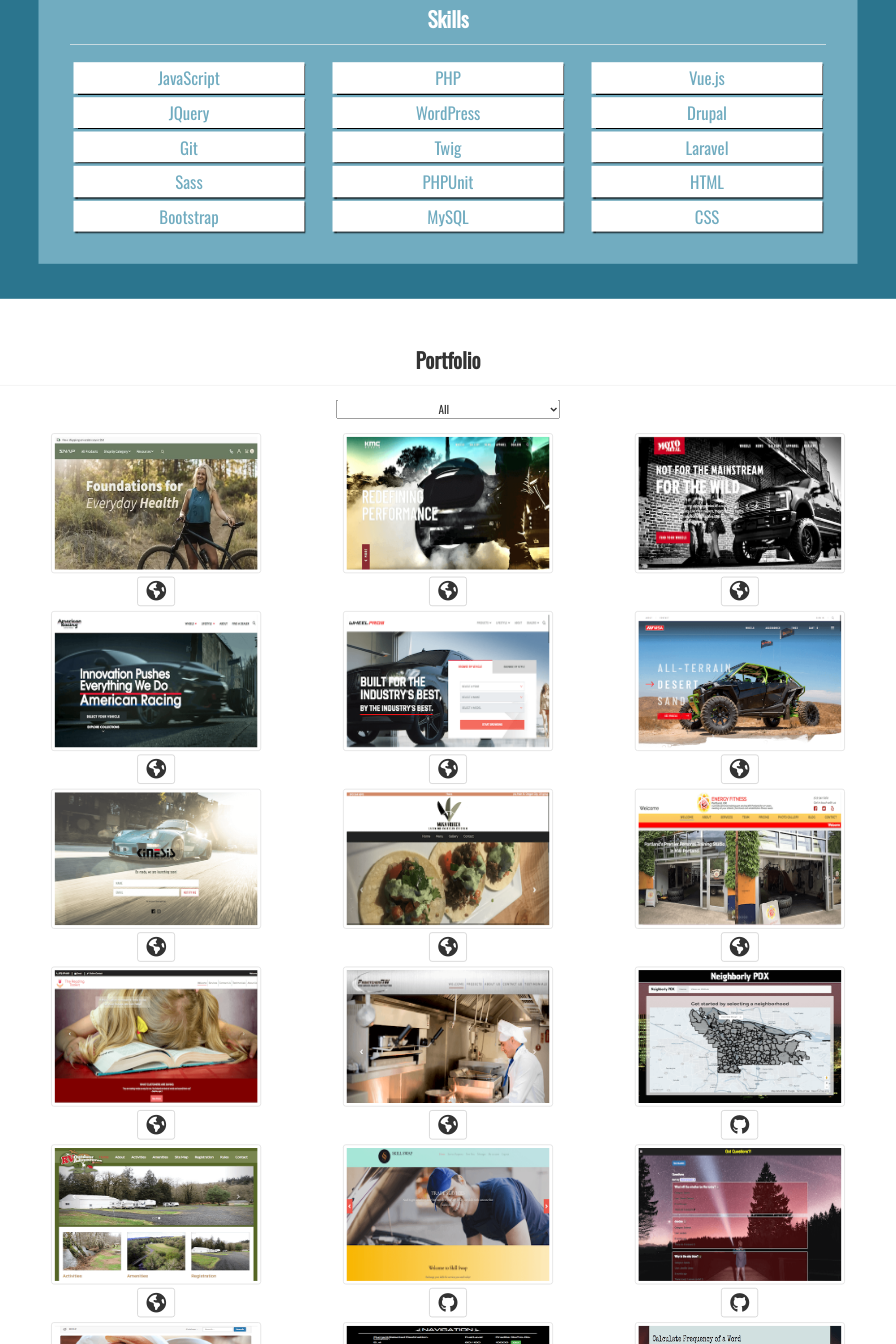
Repository: spburden/portfolio
Page: index.html
An editor plug-in stored every save of this project. The page is shown before and after the next save, followed by the edit.
The browser window is 1280 px wide. The pictures show the part of the page from y = 1157 to 3077 px (the page is 4185 px tall), at 70% of full size.
Some web libraries are served in a nearby version.

Above is the page before, as saved 2019-07-31 00:40:09.

After the next save:
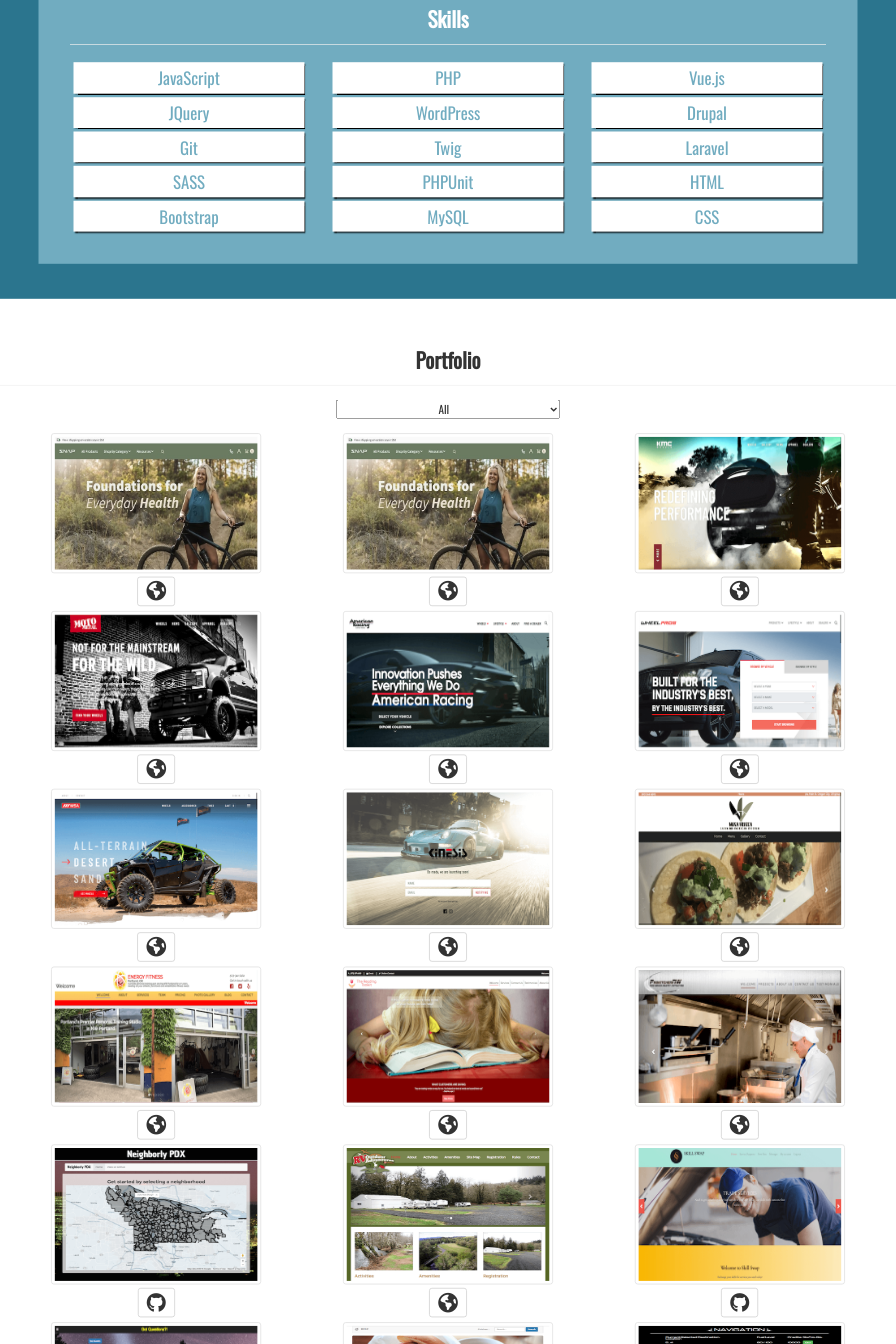
Saved 131 days later.
--- a/index.html
+++ b/index.html
@@ -77,7 +77,7 @@
             <li>JQuery</li>
             <li>Git</li>
             <!-- <li>TypeScript</li> -->
-            <li>Sass</li>
+            <li>SASS</li>
             <!-- <li>Node.JS</li> -->
             <li>Bootstrap</li>
             <!-- <li>Ember</li> -->
@@ -138,32 +138,36 @@
       </select>
     </div><br>
     <div class="row">
+    <div class="col-sm-6 col-md-4 porto js php vue laravel">
+        <a href="https://snapsupplements.com/"  target="_blank"><img alt="Snap Supplements" class="img-responsive thumbnail center-block screenshot" src="images/snap.jpg"></a>
+        <a class="btn btn-default"  href="https://snapsupplements.com/" target="_blank"><i class="fa fa-globe fa-2x"></i></a>
+      </div>
       <div class="col-sm-6 col-md-4 porto js php vue laravel">
         <a href="https://snapsupplements.com/"  target="_blank"><img alt="Snap Supplements" class="img-responsive thumbnail center-block screenshot" src="images/snap.jpg"></a>
         <a class="btn btn-default"  href="https://snapsupplements.com/" target="_blank"><i class="fa fa-globe fa-2x"></i></a>
       </div>
       <div class="col-sm-6 col-md-4 porto js wordpress php">
-        <a href="https://www.kmcwheels.com/"  target="_blank"><img alt="KMC Wheels" class="img-responsive thumbnail center-block screenshot" src="images/kmc.jpg"></a>
+        <a href="https://www.kmcwheels.com/"  target="_blank"><img class="img-responsive thumbnail center-block screenshot" src="images/kmc.jpg"></a>
         <a class="btn btn-default"  href="https://www.kmcwheels.com/" target="_blank"><i class="fa fa-globe fa-2x"></i></a>
       </div>
       <div class="col-sm-6 col-md-4 porto js wordpress php">
-        <a href="https://www.motometalwheels.com/"  target="_blank"><img alt="Moto Metal Wheels" class="img-responsive thumbnail center-block screenshot" src="images/moto.jpg"></a>
+        <a href="https://www.motometalwheels.com/"  target="_blank"><img class="img-responsive thumbnail center-block screenshot" src="images/moto.jpg"></a>
         <a class="btn btn-default"  href="https://www.motometalwheels.com/" target="_blank"><i class="fa fa-globe fa-2x"></i></a>
       </div>
       <div class="col-sm-6 col-md-4 porto js wordpress php">
-        <a href="https://www.americanracing.com/"  target="_blank"><img alt="American Racing" class="img-responsive thumbnail center-block screenshot" src="images/american.jpg"></a>
+        <a href="https://www.americanracing.com/"  target="_blank"><img class="img-responsive thumbnail center-block screenshot" src="images/american.jpg"></a>
         <a class="btn btn-default"  href="https://www.americanracing.com/" target="_blank"><i class="fa fa-globe fa-2x"></i></a>
       </div>
       <div class="col-sm-6 col-md-4 porto js wordpress php">
-        <a href="https://www.wheelpros.com/"  target="_blank"><img alt="Wheel Pros" class="img-responsive thumbnail center-block screenshot" src="images/wheelpros.jpg"></a>
+        <a href="https://www.wheelpros.com/"  target="_blank"><img class="img-responsive thumbnail center-block screenshot" src="images/wheelpros.jpg"></a>
         <a class="btn btn-default"  href="https://www.wheelpros.com/" target="_blank"><i class="fa fa-globe fa-2x"></i></a>
       </div>
       <div class="col-sm-6 col-md-4 porto js wordpress php">
-        <a href="https://www.msawheels.com/"  target="_blank"><img alt="MSA Wheels" class="img-responsive thumbnail center-block screenshot" src="images/msawheels.jpg"></a>
+        <a href="https://www.msawheels.com/"  target="_blank"><img class="img-responsive thumbnail center-block screenshot" src="images/msawheels.jpg"></a>
         <a class="btn btn-default"  href="https://www.msawheels.com/" target="_blank"><i class="fa fa-globe fa-2x"></i></a>
       </div>
       <div class="col-sm-6 col-md-4 porto wordpress php">
-        <a href="https://www.kinesismotorsport.com/"  target="_blank"><img alt="Kinesis Motorsport" class="img-responsive thumbnail center-block screenshot" src="images/kinesis.jpg"></a>
+        <a href="https://www.kinesismotorsport.com/"  target="_blank"><img class="img-responsive thumbnail center-block screenshot" src="images/kinesis.jpg"></a>
         <a class="btn btn-default"  href="https://www.kinesismotorsport.com/" target="_blank"><i class="fa fa-globe fa-2x"></i></a>
       </div>
       <!-- <div class="col-sm-6 col-md-4 porto js">
